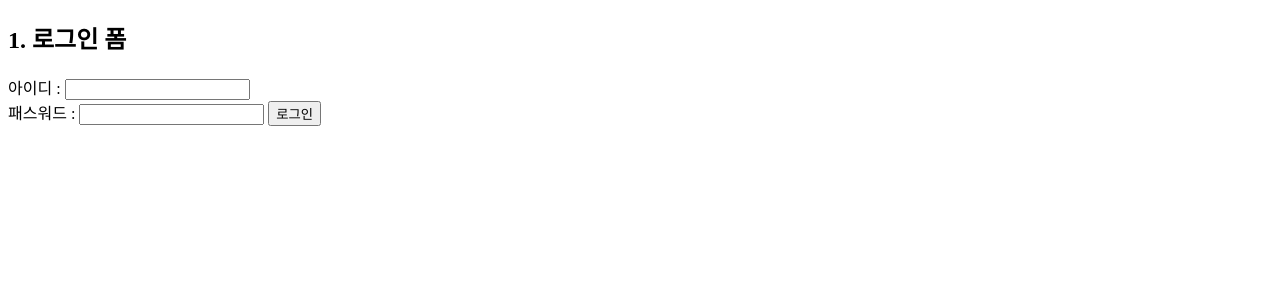
Repository: achul1026/jspStudy
Page: http://localhost/MustHaveJSP/02ImplicitObject/ResponseMain.jsp
The author's editor kept a copy of each file at every save. The page is drawn from the files as they stood at one save, then again after the next save.
The browser window is 1280 px wide. The pictures show the whole page.
The page is served by Tomcat 9.

Above is the page before, as saved 2022-09-21 12:41:18.

After the next save:
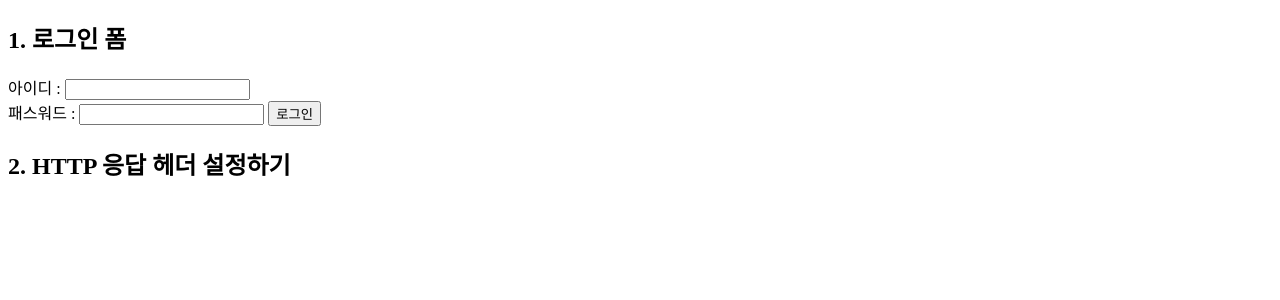
Saved 14 s later.
--- a/MustHaveJSP/src/main/webapp/02ImplicitObject/ResponseMain.jsp
+++ b/MustHaveJSP/src/main/webapp/02ImplicitObject/ResponseMain.jsp
@@ -19,5 +19,7 @@
 		패스워드 : <input type="text" name="user_pwd">
 		<input type="submit" value="로그인">
 	</form>
+
+	<h2>2. HTTP 응답 헤더 설정하기</h2>
 </body>
 </html>
